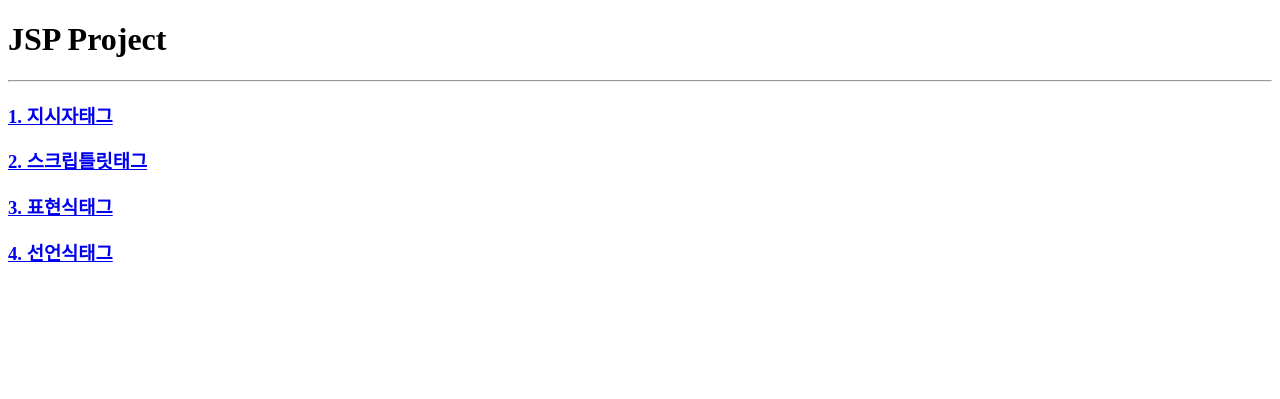
Repository: ParkHyeonju12/servlet
Page: web-workspace/04_jspProject/src/main/webapp/index.html
These files come from the project's save history. The page is drawn as it stood at one moment and after the next save; the edit follows.
The browser window is 1280 px wide. The pictures show the whole page.

Above is the page before, as saved 2022-08-30 06:53:50.

### web-workspace/04_jspProject/src/main/webapp/index.html
<!DOCTYPE html>
<html>
<head>
<meta charset="UTF-8">
<title>Insert title here</title>
</head>
<body>
	<h1>JSP Project</h1>
	<hr>
	<h3><a href="/jsp/directiveTag.jsp">1. 지시자태그</a></h3>
	<h3><a href="/jsp/scriptletTag.jsp">2. 스크립틀릿태그</a></h3>
	<h3><a href="/jsp/expressionTag.jsp">3. 표현식태그</a></h3>
	<h3><a href="/jsp/declrationTag.jsp">4. 선언식태그</a></h3>
</body>
</html>

After the next save:
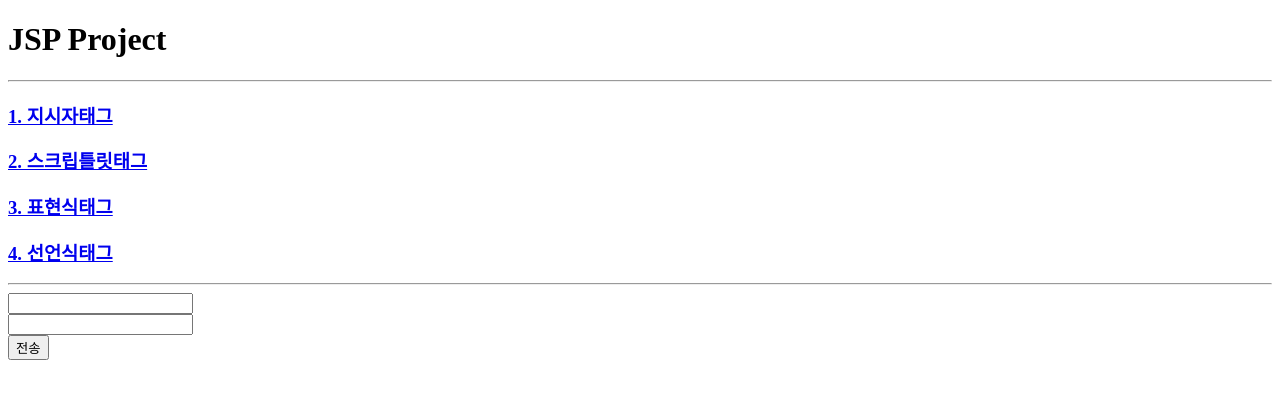
Saved 7 min 43 s later.
--- a/web-workspace/04_jspProject/src/main/webapp/index.html
+++ b/web-workspace/04_jspProject/src/main/webapp/index.html
@@ -11,5 +11,11 @@
 	<h3><a href="/jsp/scriptletTag.jsp">2. 스크립틀릿태그</a></h3>
 	<h3><a href="/jsp/expressionTag.jsp">3. 표현식태그</a></h3>
 	<h3><a href="/jsp/declrationTag.jsp">4. 선언식태그</a></h3>
+	<hr>
+	<form action="/jsp/sendData.jsp" method="get">
+		<input type="text" name="data1"><br>
+		<input type="text" name="data2"><br>
+		<input type="submit" value="전송">
+	</form>
 </body>
 </html>
